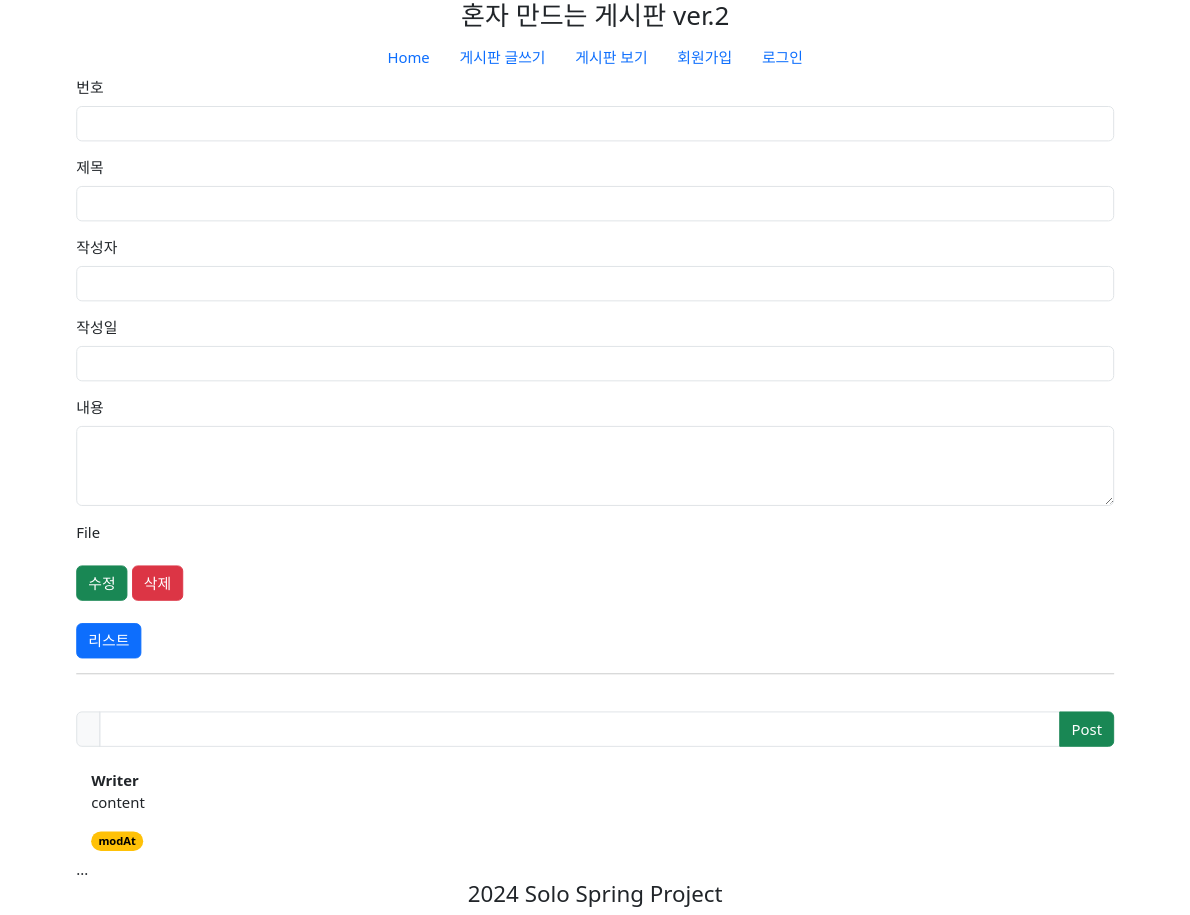
Repository: nefer2/Spring_test
Page: http://localhost/spring_test7/WEB-INF/views/board/detail.jsp
These files come from the project's save history. The page is drawn as it stood at one moment and after a run of saves; the edit follows.
The browser window is 1280 px wide. The pictures show the whole page, at 93% of full size.
The page is served by Tomcat 9. Nobody is signed in. Other server files are loaded and not shown. The template is opened directly, without the code that normally fills it, so the values that code supplies are empty.

Above is the page before, as saved 2024-01-18 05:39:58.

### spring_test7/src/main/webapp/WEB-INF/views/board/detail.jsp
<%@ page language="java" contentType="text/html; charset=UTF-8"
    pageEncoding="UTF-8"%>
<%@ taglib uri="http://java.sun.com/jsp/jstl/core" prefix="c" %>
<%@ taglib uri="http://java.sun.com/jsp/jstl/functions" prefix="fn" %>

<jsp:include page="../layout/header.jsp"></jsp:include>
<jsp:include page="../layout/navbar.jsp"></jsp:include>


<div class="container-md">
<c:set value="${bdto.bvo }" var="bvo"></c:set>
	<div class="mb-3">
	  <label for="Bno" class="form-label">번호</label>
	  <input type="text" name="Bno" class="form-control" id="Bno" value="${bvo.bno }" readonly="readonly">
	</div>

	<div class="mb-3">
	  <label for="title" class="form-label">제목</label>
	  <input type="text" name="title" class="form-control" id="title" value="${bvo.title }" readonly="readonly">
	</div>

	<div class="mb-3">
	  <label for="writer" class="form-label">작성자</label>
	  <input type="text" name="writer" class="form-control" id="writer" value="${bvo.writer }" readonly="readonly">
	</div>

	<div class="mb-3">
	  <label for="reg_date" class="form-label">작성일</label>
	  <span class="badge text-bg-primary">${bvo.readCount }</span>
	  <input type="text" name="reg_date" class="form-control" id="reg_date" value="${bvo.regAt  }" readonly="readonly">
	</div>

	<div class="mb-3">
	  <label for="content" class="form-label">내용</label>
	  <textarea name="content" class="form-control" id="content" rows="3" readonly="readonly">${bvo.content }</textarea>
	</div>

	<!-- file line -->
<c:set value="${bdto.flist }" var="flist"></c:set>
	<div class="mb-3">
	<label for="f" class="form-label">File</label>
	<ul class="list-group list-group-flush">
		<c:forEach items="${flist }" var="fvo">
    		<li class="list-group-item">
    			<c:choose>
    				<c:when test="${fvo.fileType == 1 }">
    					<div>
    						<img alt="" src="/upload/${fvo.saveDir }/${fvo.uuid}_th_${fvo.fileName}">
    					</div>
    				</c:when>
    				<c:otherwise>
    					<div>
    						<!-- 일반 파일 표시할 아이콘 -->
    						<a href="/upload/${fvo.saveDir }/${fvo.uuid}_${fvo.fileName}" download="${fvo.fileName }">
    						<svg xmlns="http://www.w3.org/2000/svg" width="30" height="30" fill="currentColor" class="bi bi-file-earmark-break" viewBox="0 0 16 16">
 							<path d="M14 4.5V9h-1V4.5h-2A1.5 1.5 0 0 1 9.5 3V1H4a1 1 0 0 0-1 1v7H2V2a2 2 0 0 1 2-2h5.5L14 4.5zM13 12h1v2a2 2 0 0 1-2 2H4a2 2 0 0 1-2-2v-2h1v2a1 1 0 0 0 1 1h8a1 1 0 0 0 1-1v-2zM.5 10a.5.5 0 0 0 0 1h15a.5.5 0 0 0 0-1H.5z"/>
							</svg>
							</a>
    					</div>
    				</c:otherwise>
    			</c:choose>
    			<div class="ms-2 me-auto">
    				<div class="fw-bold">${fvo.fileName }</div>
    				<span class="badge rounded-pill text-bg-secondary">${fvo.fileSize }Byte</span>
    			</div>
    		</li>
    	</c:forEach>
	</ul>

	</div>


<a href="/board/modify?bno=${bvo.bno }"><button type="button" class="btn btn-success"> 수정 </button></a>
<a href="/board/delete?bno=${bvo.bno }"><button type="button" class="btn btn-danger"> 삭제 </button></a>
<br>
<br>
<div>
<a href="/board/list"><button type="button" class="btn btn-primary"> 리스트 </button></a>
</div>
<hr>
<br>

<!-- 댓글라인 -->
<div class="input-group mb-3">
	<span class="input-group-text" id="cmtWriter">${bvo.writer }</span>
	<input type="text" class="form-control" id="cmtText" aria-label="Amount (to the nearest dollar)">
	<button type="button" class="btn btn-success" id="cmtPostBtn">Post</button>
</div>
<!-- 댓글 표시 라인 -->
<ul class="list-group list-group-flush" id="cmtListArea">
	<li class="list-group-item">
		<div class="mb-3">
			<div class="fw-bold">Writer	</div>
			content
		</div>
			<span class="badge rounded-pill text-bg-warning">modAt</span>
		</li>
	</ul>

<!-- 모달 창 -->
<div class="modal" id="myModal" tabindex="-1">
  <div class="modal-dialog">
    <div class="modal-content">
		<div class="modal-header">
        	<h5 class="modal-title">Writer</h5>
        	<button type="button" class="btn-close" data-bs-dismiss="modal" aria-label="Close"></button>
		</div>
      <div class="modal-body">
      	 <div class="input-group mb-3">
         	<input type="text" class="form-control" id="cmtTextMod" >
        		<button type="button" class="btn btn-primary" id="cmtModBtn">Post</button>
      		</div>
      			<div class="modal-footer">
        			<button type="button" class="btn btn-secondary" data-bs-dismiss="modal">Close</button>
      			</div>
   			</div>
		</div>
	</div>
</div>
<div class="modal-dialog modal-dialog-centered">
  ...
</div>









</div>


<script type="text/javascript">
let bnoVal = `<c:out value="${bdto.bvo.bno}" />`;
console.log(bnoVal);
</script>



<jsp:include page="../layout/footer.jsp"></jsp:include>

### spring_test7/src/main/webapp/WEB-INF/views/layout/header.jsp
<%@ page language="java" contentType="text/html; charset=UTF-8"
    pageEncoding="UTF-8"%>
<!DOCTYPE html>
<html>
<head>
<h3 style="text-align: center;">혼자 만드는 게시판 ver.2</h3>
</head>

### spring_test7/src/main/webapp/WEB-INF/views/layout/navbar.jsp
<%@ page language="java" contentType="text/html; charset=UTF-8"
    pageEncoding="UTF-8"%>


<script src="https://cdn.jsdelivr.net/npm/bootstrap@5.3.1/dist/js/bootstrap.bundle.min.js" integrity="sha384-HwwvtgBNo3bZJJLYd8oVXjrBZt8cqVSpeBNS5n7C8IVInixGAoxmnlMuBnhbgrkm" crossorigin="anonymous"></script>
<link href="https://cdn.jsdelivr.net/npm/bootstrap@5.3.1/dist/css/bootstrap.min.css" rel="stylesheet" integrity="sha384-4bw+/aepP/YC94hEpVNVgiZdgIC5+VKNBQNGCHeKRQN+PtmoHDEXuppvnDJzQIu9" crossorigin="anonymous">


<ul class="nav justify-content-center">

  <li class="nav-item">
    <a class="nav-link active" aria-current="page" href="/">Home</a>
  </li>
  <li class="nav-item">
    <a class="nav-link" href="/board/register">게시판 글쓰기</a>
  </li>
  <li class="nav-item">
    <a class="nav-link" href="/board/list">게시판 보기</a>
  </li>
    <li class="nav-item">
    <a class="nav-link" href="#">회원가입</a>
  </li>
    <li class="nav-item">
    <a class="nav-link" href="#">로그인</a>
  </li>
</ul>

### spring_test7/src/main/webapp/WEB-INF/views/layout/footer.jsp
<%@ page language="java" contentType="text/html; charset=UTF-8"
    pageEncoding="UTF-8"%>




<div><h4 style="text-align: center;">2024 Solo Spring Project</h4></div>

</body>
</html>

After the next 3 saves:
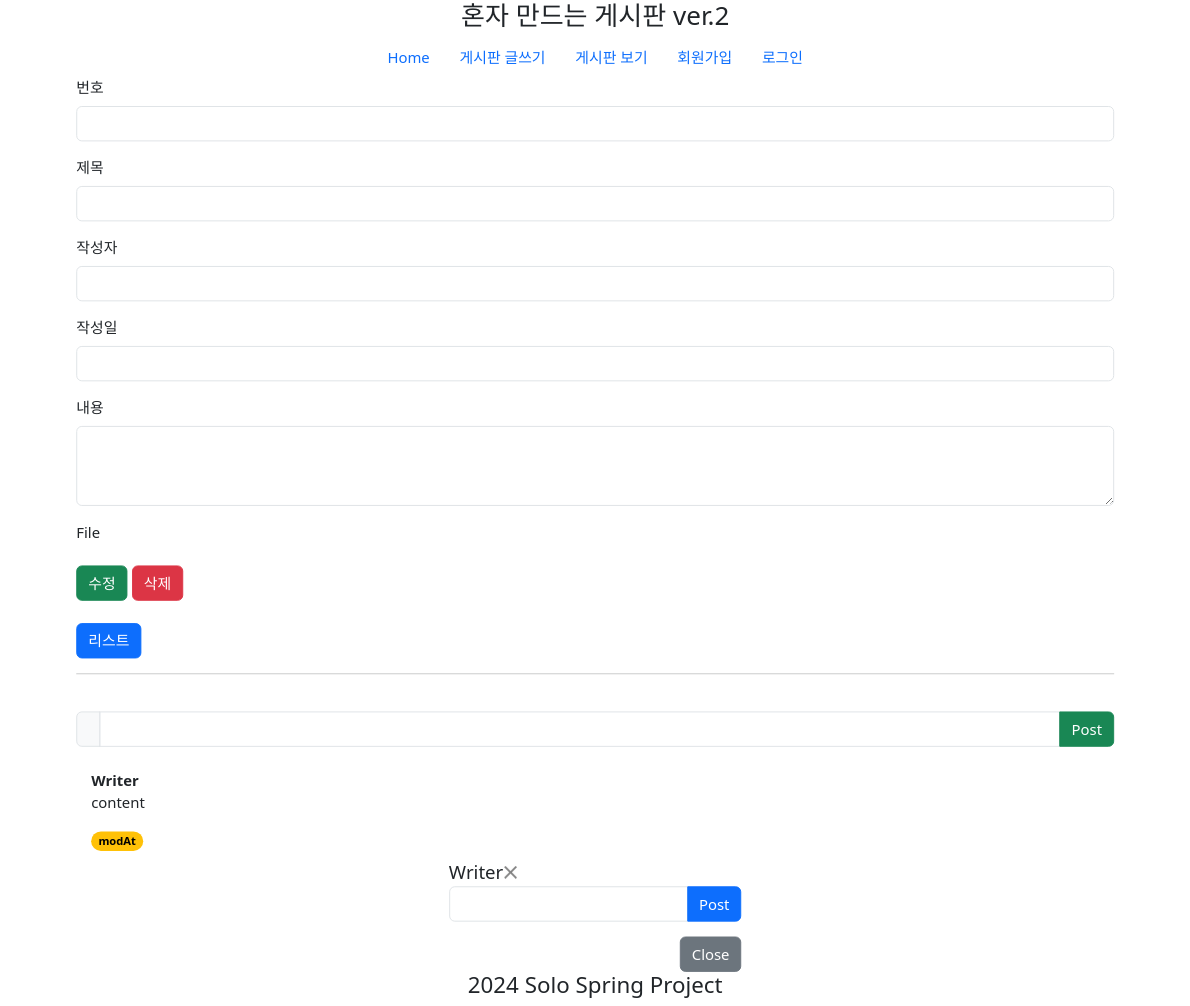
The 3 saves are shown as one change because they came seconds apart.
The last was saved 12 s later.
--- a/spring_test7/src/main/webapp/WEB-INF/views/board/detail.jsp
+++ b/spring_test7/src/main/webapp/WEB-INF/views/board/detail.jsp
@@ -98,7 +98,7 @@
 	</ul>
 
 <!-- 모달 창 -->
-<div class="modal" id="myModal" tabindex="-1">
+<div class="modal-dialog modal-dialog-centered" id="myModal" tabindex="-1">
   <div class="modal-dialog">
     <div class="modal-content">
 		<div class="modal-header">
@@ -117,16 +117,6 @@
 		</div>
 	</div>
 </div>
-<div class="modal-dialog modal-dialog-centered">
-  ...
-</div>
-
-
-
-
-
-
-
 
 
 </div>
